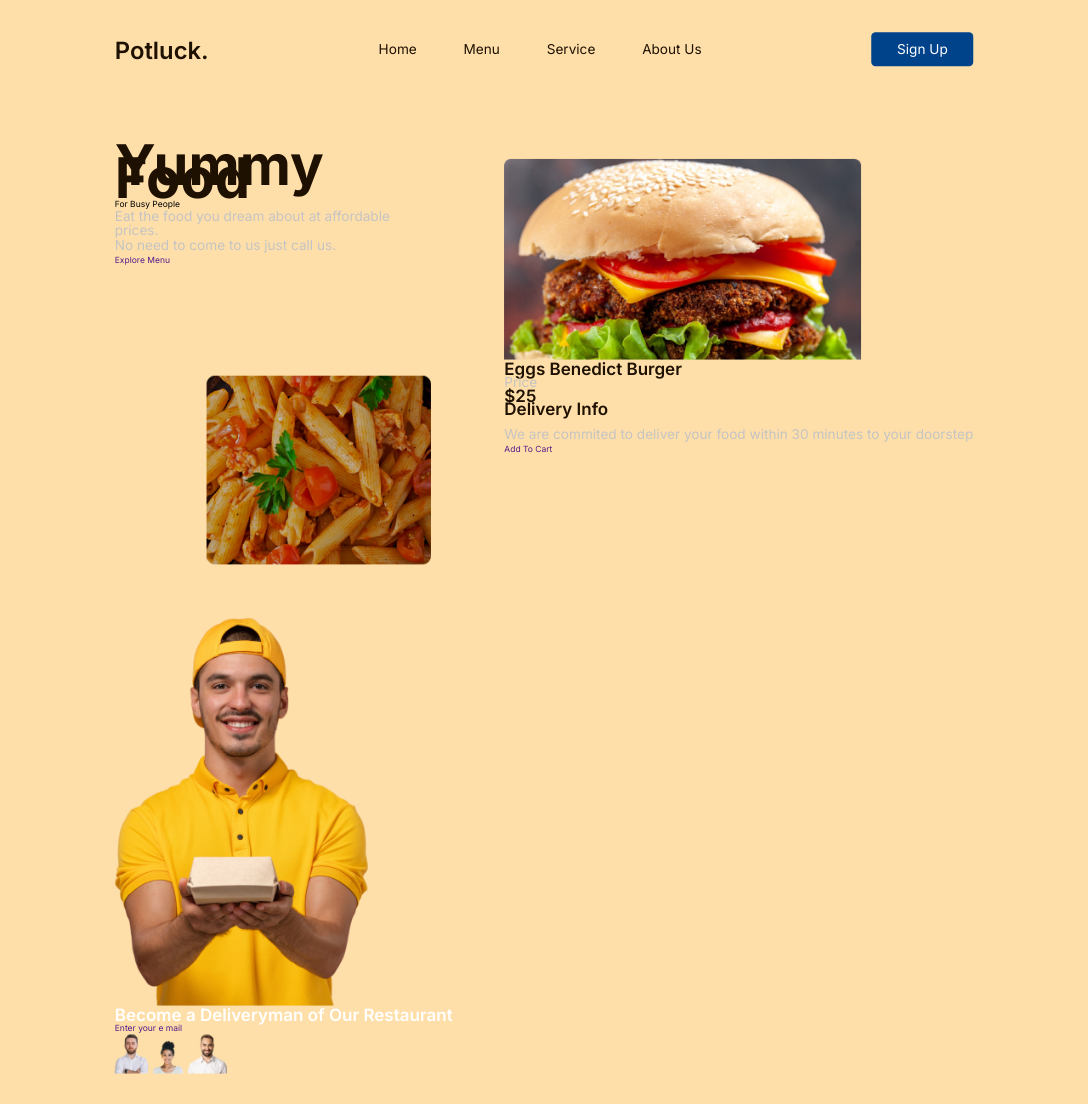
Repository: kien181999/potluck-restaurant-landing
Page: index.html
An editor plug-in stored every save of this project. The page is shown before and after a run of saves, followed by the edit.
The browser window is 1280 px wide. The pictures show the whole page, at 85% of full size.
The style sheet was rebuilt from its Sass, Less or Tailwind sources for each picture, by a compiler version that may differ from the author's.

Above is the page before, as saved 2022-06-18 05:38:06.

### index.html
<!DOCTYPE html>
<html lang="en">

<head>
    <meta charset="UTF-8">
    <meta http-equiv="X-UA-Compatible" content="IE=edge">
    <meta name="viewport" content="width=device-width, initial-scale=1.0">
    <link rel="stylesheet" href="/css/style.css">
    <title>Restaurant Landing Page</title>
</head>

<body>
    <div class="container">
        <section class="header">
            <div class="header__menu">
                <div class="header__menu--title">
                    <h2 class="heading-2">Potluck.</h2>
                </div>
                <ul class="header__menu--list">
                    <li class="header__menu--link">
                        <a href="" class="header__menu--item">Home</a>
                    </li>
                    <li class="header__menu--link">
                        <a href="" class="header__menu--item">Menu</a>
                    </li>
                    <li class="header__menu--link">
                        <a href="" class="header__menu--item">Service</a>
                    </li>
                    <li class="header__menu--link">
                        <a href="" class="header__menu--item">About Us</a>
                    </li>
                </ul>
                <div class="header__menu--button">
                    <a href="" class="btn__blue">Sign Up</a>
                </div>
            </div>
            <div class="header__content">
                <div class="header__content--text">
                    <div class="header__content--text-1">
                        <h1 class="heading-1">Yummy Food</h1>
                        <br>
                        For Busy People
                    </div>
                    <div class="header__content--text-2">
                        <span class="heading-span">
                            Eat the food you dream about at affordable prices.
                        </span>
                        <br>
                        <span class="heading-span">
                            No need to come to us just call us.
                        </span>
                    </div>
                    <div class="header__content--text-button">
                        <a href="" class="btn__yellow">Explore Menu</a>
                    </div>
                    <div class="header__content--text-img">
                        <img src="/img/penne-pasta-tomato-sauce-with-chicken-tomatoes-wooden-table 1.png" alt=""
                            class="header__content--text-jpg">
                    </div>
                </div>
                <div class="header__content--card">
                    <div class="header__content--card--item">
                        <div class="header__content--card-img">
                            <img src="/img/front-view-tasty-meat-burger-with-cheese-salad-dark-background 1.png" alt=""
                                class="header__content--card--jpg">
                            <div class="header__content--card--icon--1">
                                <i class="ri-arrow-left-s-line"></i>
                            </div>
                            <div class="header__content--card--icon--2">
                                <i class="ri-heart-line"></i>
                            </div>
                        </div>
                        <div class="header__content--card--text">
                            <div class="header__content--card--title">
                                <h3 class="heading-3">
                                    Eggs Benedict Burger
                                </h3>
                            </div>
                            <div class="header__content--card-price">
                                <span class="heading-span">Price</span><h3 class="heading-3">$25</h3>
                            </div>
                            <div class="header__content--card--info">
                                <h3 class="heading-3">Delivery Info</h3>
                                <br>
                                <span class="heading-span">We are commited to deliver your food within 30 minutes to your doorstep</span>
                            </div>
                            <div class="header__content--card--button">
                                <a href="" class="btn-yellow">Add To Cart</a>
                            </div>
                        </div>
                    </div>
                </div>
            </div>
            <div class="header__hr">
                <div class="header__hr--img">
                    <img src="/img/front-view-male-courier-yellow-uniform-cape-holding-little-delivery-food-package-pink-background-removebg 1.png" alt="" class="header__hr--jpg">
                </div>
                <div class="header__hr--jd">
                    <div class="header__hr--jd--text">
                        <h3 class="heading-3-white">Become a Deliveryman of Our Restaurant</h3>
                    </div>
                    <div class="header__hr--jd--btn">
                        <a href="" class="btn-blue"><i class="ri-mail-line"></i>Enter your e mail</a>
                    </div>
                </div>
                <div class="header__hr--emp">
                    <div class="header__hr--emp--img">
                        <img src="./img/image 731.png" alt="" class="header__hr--emp-jpg">
                        <img src="./img/image 732.png" alt="" class="header__hr--emp-jpg">
                        <img src="./img/image 856.png" alt="" class="header__hr--emp-jpg">
                    </div>
                </div>
            </div>
        </section>
    </div>
</body>

</html>

### sass/main.scss
@import 'base';
@import 'typography';
@import 'variable';
@import 'header';
@import 'button';

### sass/_base.scss
@import url("https://fonts.googleapis.com/css2?family=Inter:wght@100;200;300;400;500;600;700;800&display=swap");

*{
    margin: 0;
    padding: 0;
    outline: none;
    text-decoration: none;
    box-sizing: border-box;
}

::before,::after{
    box-sizing: border-box;
}
html{
    box-sizing: border-box;
    font-size: 62.5%;
    scroll-behavior: smooth;
    font-family: var(--body-font);
}
body{
    padding: 0;
    margin: 0;
    line-height: 1.5rem;
    background-color: var(--body-color);
}
.container{
    padding: 3.2rem 13.5rem;
}

### sass/_typography.scss
.heading-1{
    font-family: var(--body-font);
    font-size: 6.6rem;
    color: var(--primary-color);
    font-weight: 700;
}
.heading-2{
    font-family: var(--body-font);
    font-size: 2.8rem;
    color: var(--primary-color);
    font-weight: 600;
}
.heading-3{
    font-family: var(--body-font);
    font-size: 2rem;
    color: var(--primary-color);
    font-weight: 600;
}
.heading-3-white{
    font-family: var(--body-font);
    font-size: 2rem;
    color: var(--white-color);
    font-weight: 600;
}
.heading-span{
    font-family: var(--body-font);
    font-size: 1.6rem;
    color: var(--text-color);
    font-weight: 400;
}

### sass/_variable.scss
:root{
    --body-color: #FFDFA9;
    --primary-color: #1E1102;
    --secondary-color: #58524A;
    --text-color: #c4c4c4;
    --blue-color: #196dc7;
    --bold-blue-color: #00438B;
    --yellow-color: #FF8D07;
    --white-color: #fff;
    --body-font: 'Inter', sans-serif;
}

### sass/_header.scss
.header{
    &__menu{
        display: flex;
        margin-bottom: 10rem;
        justify-content: space-between;
        align-items: center;
        height: 5.5rem;
        &--list{
            display: flex;
            list-style: none;
            justify-content: space-between;
            width: 38rem;
        }
        &--item{
            font-size: 1.6rem;
            color: var(--primary-color);
            text-decoration: none;
            transition: all .2s;
            &:hover{
                color: var(--yellow-color);
            }
        }
    }
    &__content{
        display: flex;
        justify-content: space-between;
        &--text{
            width: 35rem;
            height: 54rem;
            position: relative;
            &-img{
                position: absolute;
                height: 26.5rem;
                width: 22.2rem;
                bottom: 2rem;
                right: 2rem;
            }
        }
    }
}

### sass/_button.scss
.btn {
    &__blue {
        font-size: 1.6rem;
        color: var(--white-color);
        background-color: var(--bold-blue-color);
        padding: 1rem 3rem;
        border-radius: 5px;
        transition: all .2s;

        &:hover {
            background-color: var(--blue-color);
        }

        &:focus {
            outline: none;
            animation: pulsate 1s infinite;
        }
    }
}


@keyframes pulsate {
    0% {
        transform: scale(1);
        box-shadow: none;
    }

    50% {
        transform: scale(1.05);
        box-shadow: 0 1rem 4rem rgba(0, 0, 0, .25);
    }

    100% {
        transform: scale(1);
        box-shadow: none;
    }
}

After the next 2 saves:
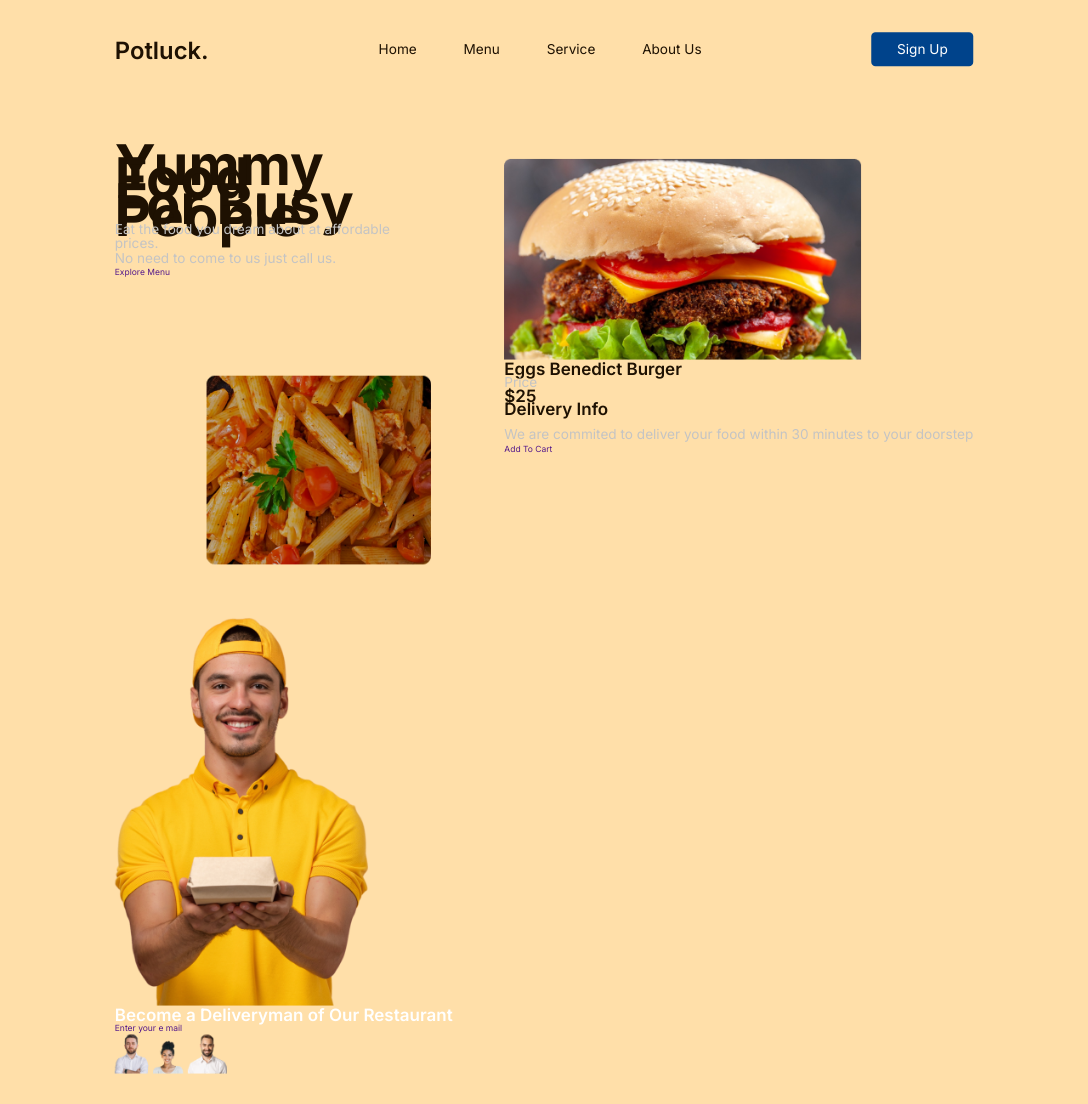
The 2 saves are shown as one change because they came seconds apart.
The last was saved 12 s later.
--- a/index.html
+++ b/index.html
@@ -39,7 +39,7 @@
                     <div class="header__content--text-1">
                         <h1 class="heading-1">Yummy Food</h1>
                         <br>
-                        For Busy People
+                        <h1 class="heading-1">For Busy People</h1>
                     </div>
                     <div class="header__content--text-2">
                         <span class="heading-span">
